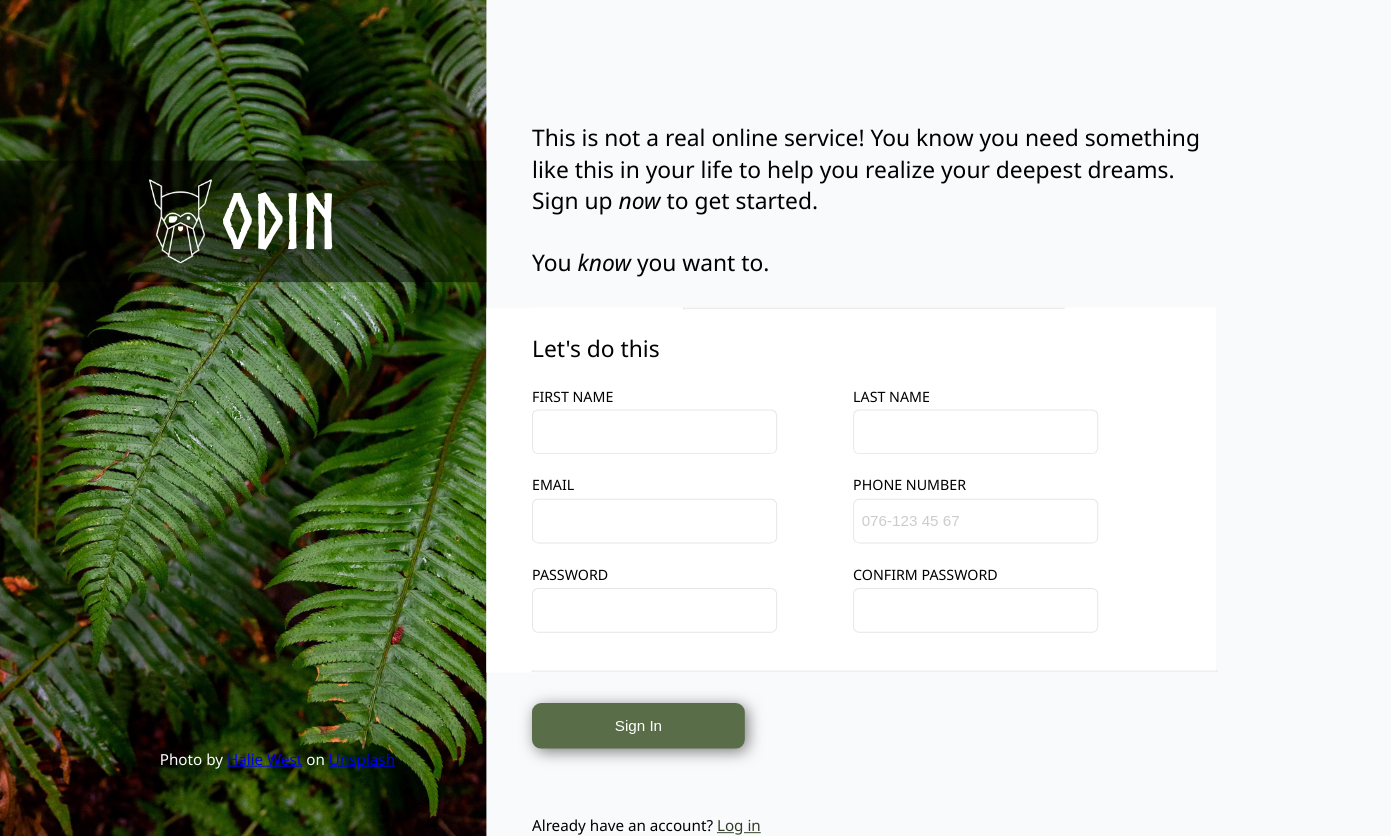
Repository: fed26sto-fundamentals/sign-up-form-odai-dh
Page: index.html
These files come from the project's save history. The page is drawn as it stood at one moment and after a run of saves; the edit follows.
The browser window is 1280 px wide. The page is 1282 px wide, then 1464 px, so the pictures cover 1464 px, including what lies to the right of the window. The pictures show the whole page, at 95% of full size.

Above is the page before, as saved 2024-10-01 21:21:38.

After the next 2 saves:
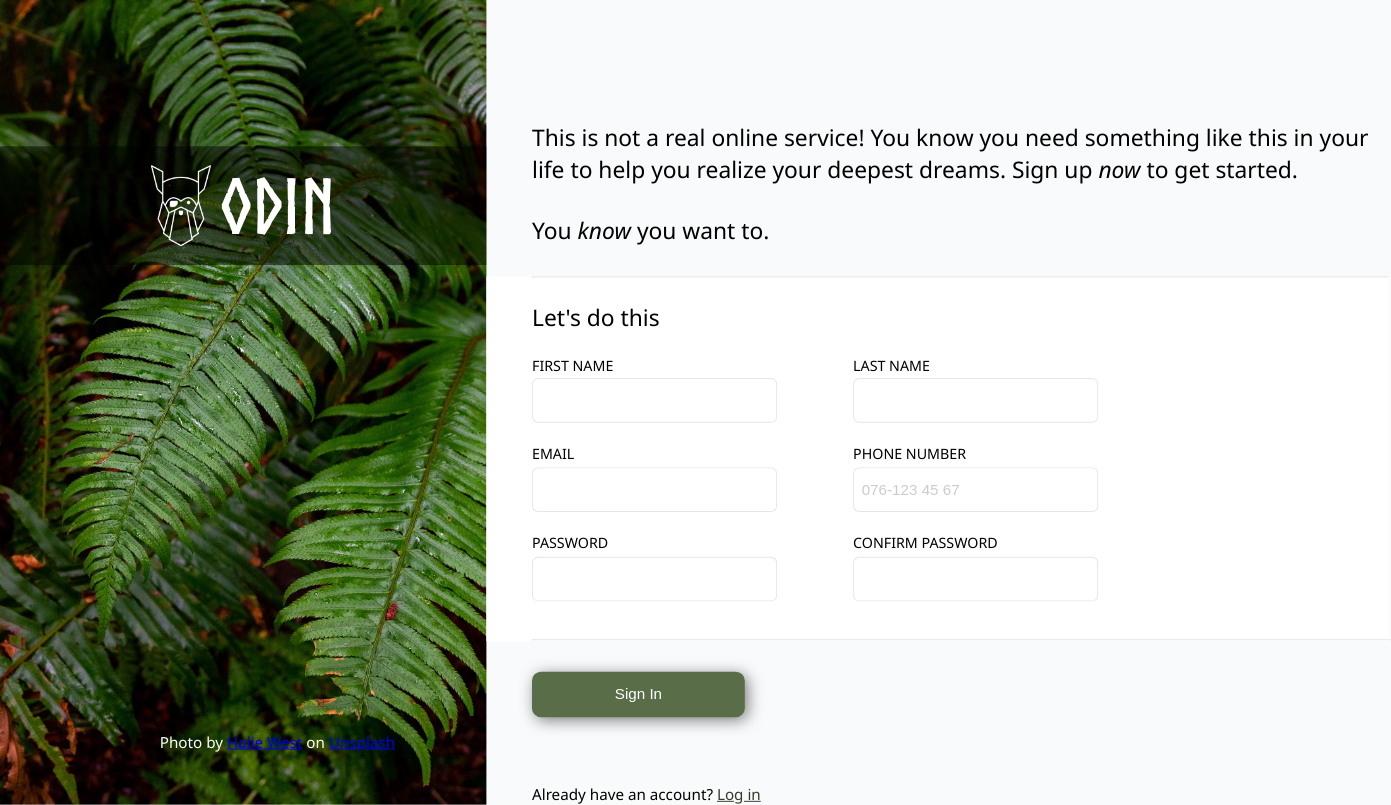
The 2 saves are shown as one change because they came seconds apart.
The last was saved 9 s later.
--- a/styles.css
+++ b/styles.css
@@ -136,7 +136,7 @@ body {
 
 }
 #line1{
-    width: 400px;
+    width: 900px;
     opacity: 0.3;
     margin-top: -0.5px;
 
